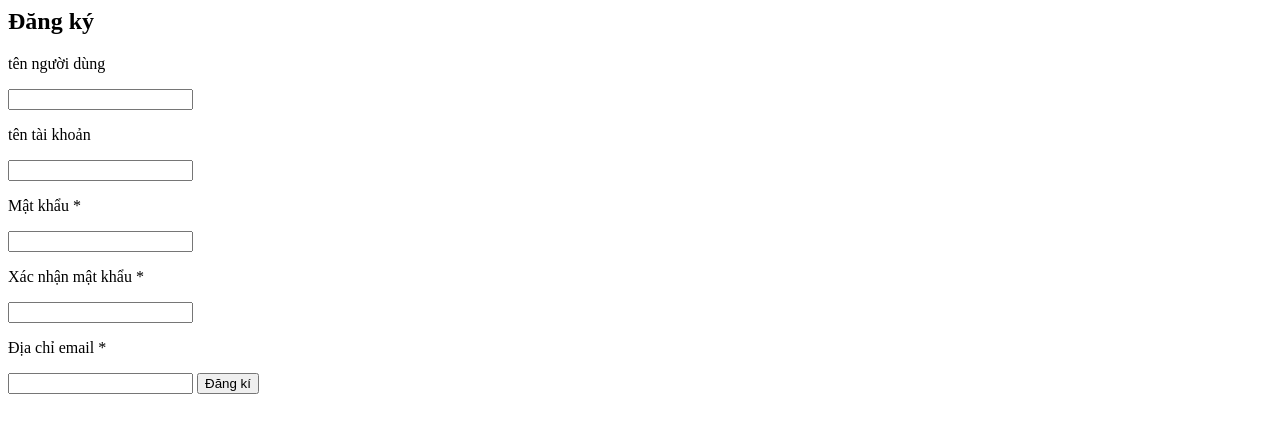
Repository: quynn1804/duan1
Page: http://localhost/view/client/register.php
The author's editor kept a copy of each file at every save. The page is drawn from the files as they stood at one save, then again after the next save.
The browser window is 1280 px wide. The pictures show the whole page.
The page is run by PHP 8.4 with error messages shown; the project is at /var/www/html/.

Above is the page before, as saved 2022-11-13 00:39:34.

After the next save:
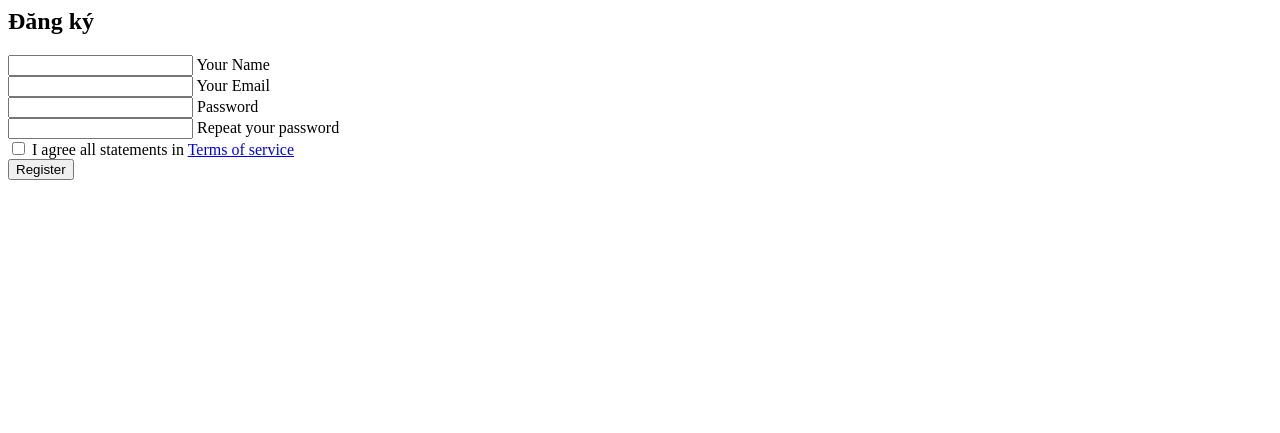
Saved 7 min 17 s later.
--- a/du_an_1/view/client/register.php
+++ b/du_an_1/view/client/register.php
@@ -25,27 +25,51 @@
         <h1 class="font-bold text-[25px]">
             Đăng ký
         </h1>
-        <form action="" method="post" class="mt-4">
-            <p class="font-bold text-[18px]">tên người dùng </p>
-            <input type="text" name="name" class="border-2 w-full h-[32px] mt-2">
-            <p class="font-bold text-[18px] mt-5">tên tài khoản</p>
-            <input type="text" name="username" class="border-2 w-full h-[32px] mt-2"><br />
-            <p class="font-bold text-[18px]">Mật khẩu *</p>
-            <input type="text" name="password" class="border-2 w-full h-[32px] mt-2">
-            <p class="font-bold text-[18px] mt-5"> Xác nhận mật khẩu *</p>
-            <input type="text" name="cf_password" class="border-2 w-full h-[32px] mt-2"><br />
-            <p class="font-bold text-[18px]"> Địa chỉ email *</p>
-            <input type="text" name="email" class="border-2 w-full h-[32px] mt-2">
-            <!-- <button class="text-white bg-orange-600 text-[20px] border-2 mt-4" name="submit">Đăng ký</button> -->
-            <input type="submit" name="submit" value="Đăng kí" class="text-white bg-orange-600 text-[20px] border-2 mt-4" >
-            <?php
-                if(!empty($err)){
-                    echo "<p class='text-red-600'>";
-                    echo $err;
-                    echo "</p>";
-                }
-            ?>
+        <form class="mx-1 mx-md-4">
 
-        </form>
+                  <div class="d-flex flex-row align-items-center mb-4">
+                    <i class="fas fa-user fa-lg me-3 fa-fw"></i>
+                    <div class="form-outline flex-fill mb-0">
+                      <input type="text" id="form3Example1c" class="form-control" />
+                      <label class="form-label" for="form3Example1c">Your Name</label>
+                    </div>
+                  </div>
+
+                  <div class="d-flex flex-row align-items-center mb-4">
+                    <i class="fas fa-envelope fa-lg me-3 fa-fw"></i>
+                    <div class="form-outline flex-fill mb-0">
+                      <input type="email" id="form3Example3c" class="form-control" />
+                      <label class="form-label" for="form3Example3c">Your Email</label>
+                    </div>
+                  </div>
+
+                  <div class="d-flex flex-row align-items-center mb-4">
+                    <i class="fas fa-lock fa-lg me-3 fa-fw"></i>
+                    <div class="form-outline flex-fill mb-0">
+                      <input type="password" id="form3Example4c" class="form-control" />
+                      <label class="form-label" for="form3Example4c">Password</label>
+                    </div>
+                  </div>
+
+                  <div class="d-flex flex-row align-items-center mb-4">
+                    <i class="fas fa-key fa-lg me-3 fa-fw"></i>
+                    <div class="form-outline flex-fill mb-0">
+                      <input type="password" id="form3Example4cd" class="form-control" />
+                      <label class="form-label" for="form3Example4cd">Repeat your password</label>
+                    </div>
+                  </div>
+
+                  <div class="form-check d-flex justify-content-center mb-5">
+                    <input class="form-check-input me-2" type="checkbox" value="" id="form2Example3c" />
+                    <label class="form-check-label" for="form2Example3">
+                      I agree all statements in <a href="#!">Terms of service</a>
+                    </label>
+                  </div>
+
+                  <div class="d-flex justify-content-center mx-4 mb-3 mb-lg-4">
+                    <button type="button" class="btn btn-primary btn-lg">Register</button>
+                  </div>
+
+                </form>
     </section>
 </html>
